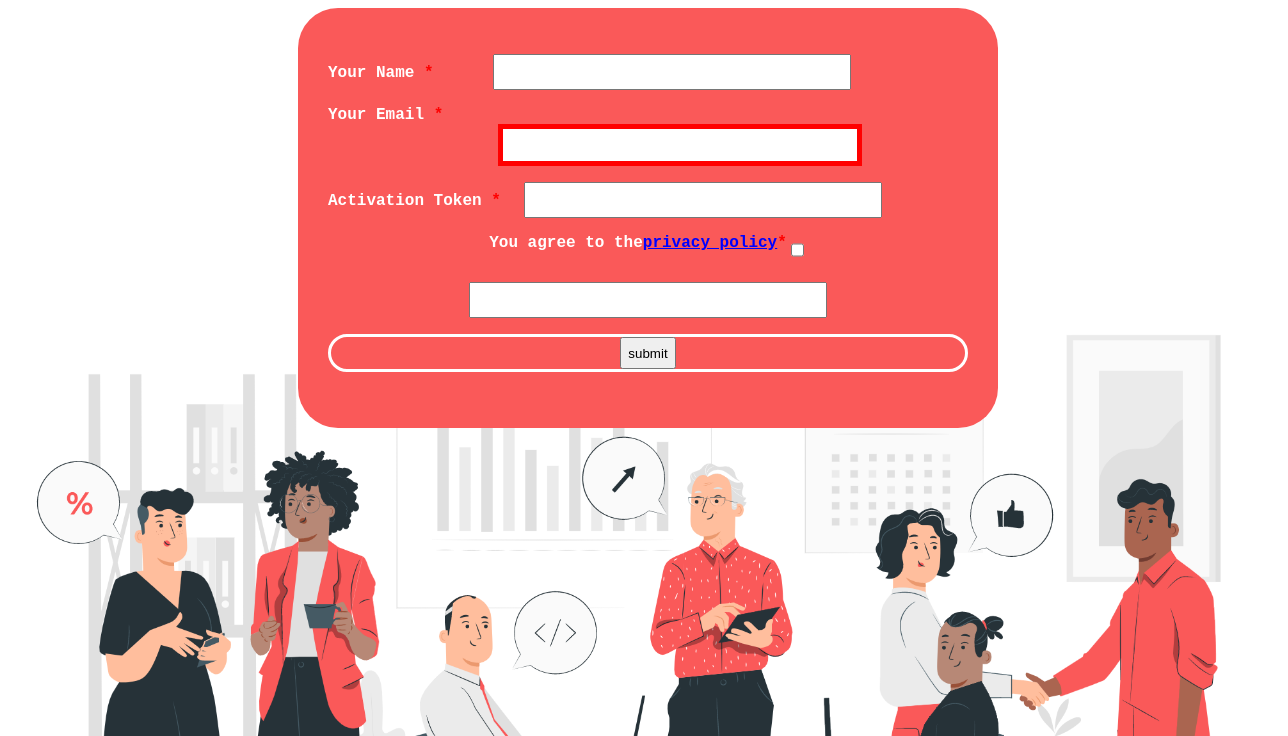
Repository: Rachael4life/Assignment-1
Page: starter-code/src/index.html
These files come from the project's save history. The page is drawn as it stood at one moment and after the next save; the edit follows.
The browser window is 1280 px wide. The page is 1288 px wide, so the pictures cover 1288 px, including what lies to the right of the window. The pictures show the whole page.

Above is the page before, as saved 2022-02-28 06:21:10.

### starter-code/src/index.html
<!DOCTYPE html>
<html lang="en">
<head>
    <meta charset="UTF-8">
    <meta http-equiv="X-UA-Compatible" content="IE=edge">
    <meta name="viewport" content="width=device-width, initial-scale=1.0">
    <link rel="stylesheet" href="style.css">
    <link rel="preconnect" href="https://fonts.googleapis.com">
<link rel="preconnect" href="https://fonts.gstatic.com" crossorigin>
    <link href="https://fonts.googleapis.com/css2?family=Courier+Prime&display=swap" rel="stylesheet">
    <title>Assignment 1</title>
</head>
<body>
    <div id="ramyeon">
        <form class="kimchi">
            <div> <p></p>
                <label for="name">Your Name <span class="asteric">*</span></label>
                <input class="formgroup" type="text" name="name" id="name" placeholder="">
            </div>
            <div> <p></p>
                <label for="email">Your Email <span class="asteric">*</span> </label>
                <input class="formgroup" type="text" name="email" id="email" placeholder="">
            </div>
            <div> <p></p>
                <label for="password">Activation Token <span class="asteric">*</span> </label>
                <input class="formgroup" type="password" name="activation token" id="password" placeholder="">
            </div>
           <p></p>
            <div class="water"><p></p>
                You agree to the <a href="privacy policy" id="privacy"><b> privacy policy</a></b><span class="asteric">*</span> <input type="checkbox">
            </div>
            <p></p>
            <div id="validation"><p></p>
                <label for="validation"></label>
                <input type="text" class="formgroup">
            </div>
            <p></p>
            <div class="gogi"><p></p>
                <button type="button">submit</button>
            </div>
        </form>
    </div>
</body>
</html>

### starter-code/src/style.css
body {
    color: white;
    font-family: 'Courier Prime', monospace;
    width: 100vw;
    height: 100vh;
    background-image: url("img.png");
    background-size: cover;
    background-repeat: no-repeat;
    font-size: 16px;
}
form {
    background-color: #fa5959;
    font-size: 16px;
    width: 50%;
    height: 50%;
    padding: 30px;
    border-radius: 40px;
    font-weight: bold;
}
#name {
    margin-left: 50px;
    height: 30px;
    width: 350px;
}
#email {
    margin-left: 170px;
    height: 30px;
    width: 350px;
}
#password {
    margin-left: 14px;
    height: 30px;
    width: 350px;
}
#ramyeon {
    display: flex;
    justify-content: center;
    align-content: space-between;
    width: 100%;
    height: 100%;
    font-family: 'Courier New', Courier, monospace;
}
#validation {
    align-content: center;
    justify-content: center;
    display: flex;
}
.gogi {
    display: flex;
    justify-content: center;
    align-content:center;
    border-style: solid;
    border-radius: 30px;
    border-color: white;
    background: #fa5959;
    margin: auto;
    font-size: 16px;
    font-family: 'Courier Prime', Courier, monospace;
    font-weight: 500, 700;
    font: bolder;


}
.water {
    align-content: center;
    justify-content: center;
    display:flex;
}
.formgroup {
    width: 350px;
    height: 30px;
}
#email {
    border: 5px solid red;
}
.asteric {
    color: red;
}
#privacy {
    color: blue;
}

After the next save:
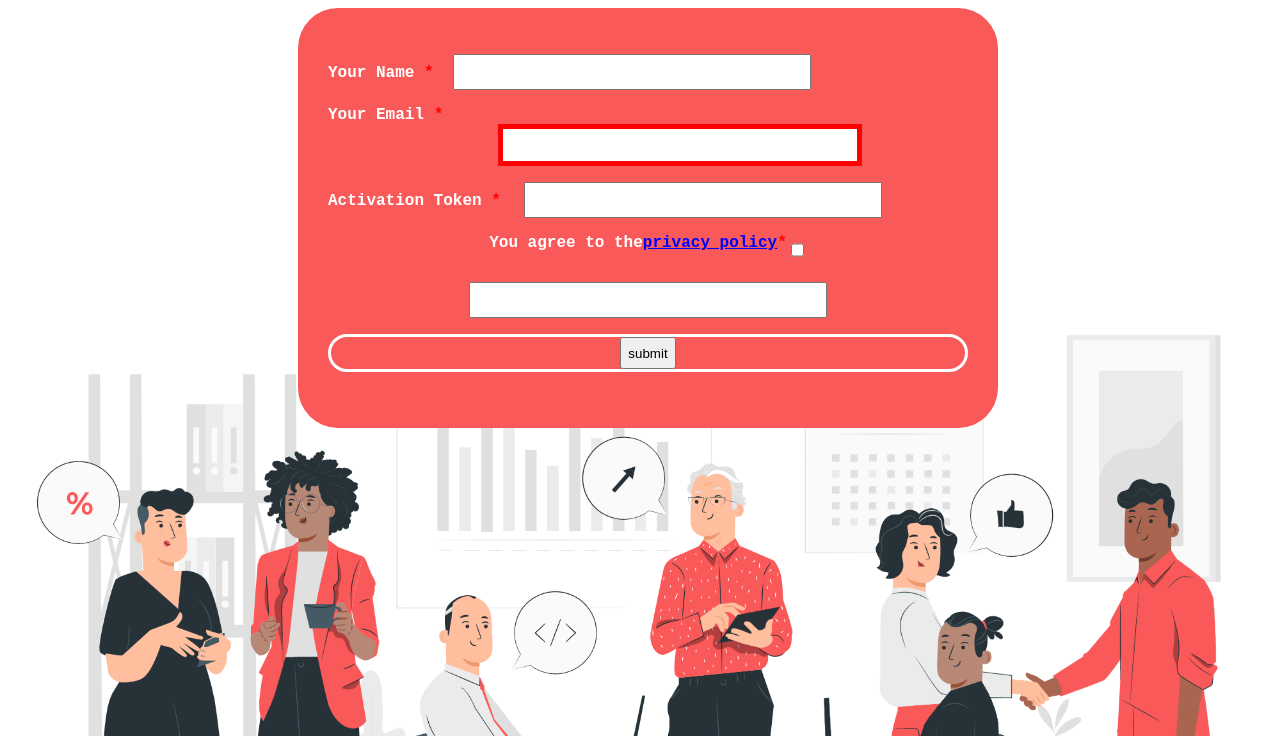
Saved 23 s later.
--- a/starter-code/src/style.css
+++ b/starter-code/src/style.css
@@ -18,7 +18,7 @@ form {
     font-weight: bold;
 }
 #name {
-    margin-left: 50px;
+    margin-left: 10px;
     height: 30px;
     width: 350px;
 }
